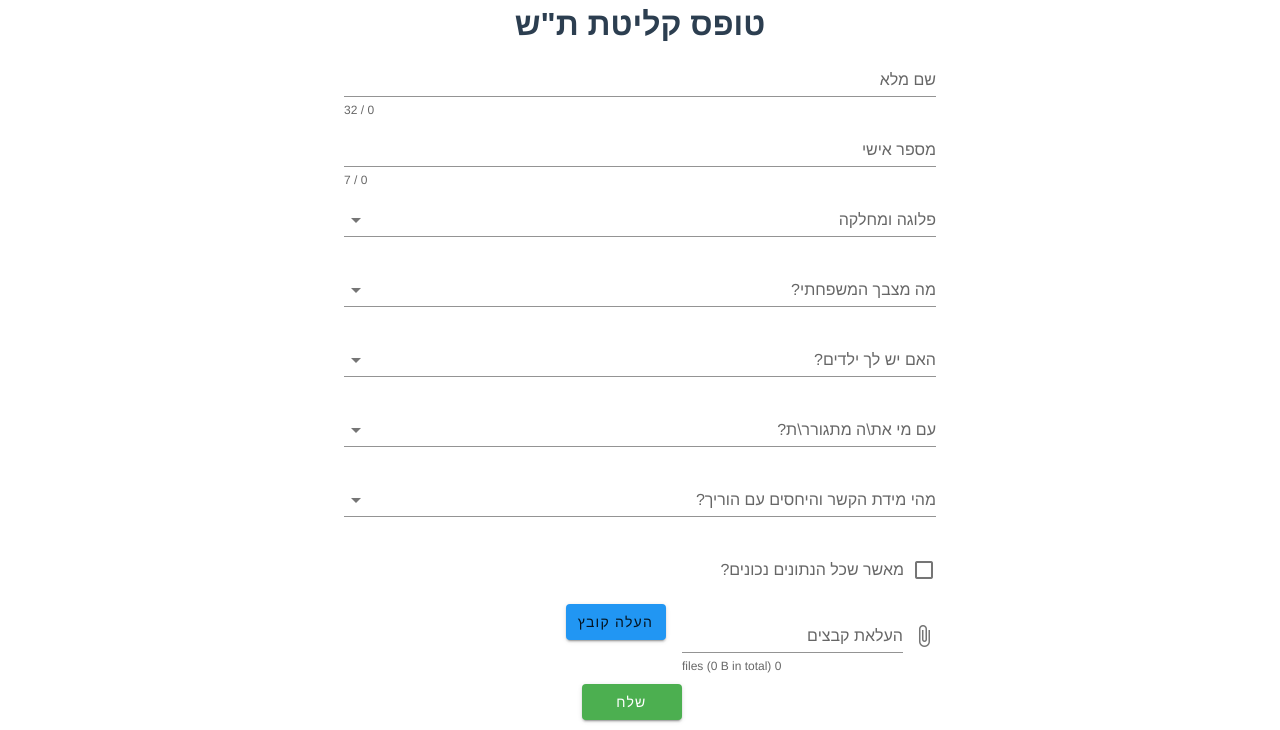
Repository: Natanhel/klitat-tash
Page: /
An editor plug-in stored every save of this project. The page is shown before and after a run of saves, followed by the edit.
The browser window is 1280 px wide. The pictures show the whole page.
The page's requests for data from a server got no answer. The project was rebuilt for these pictures with package versions that can differ from the ones it lists, and the page was loaded fresh each time. No one was signed in, and anything a server would have sent is missing. Also part of the build but not shown: vue.config.js.

Above is the page before, as saved 2020-12-01 18:12:17.

After the next 2 saves:
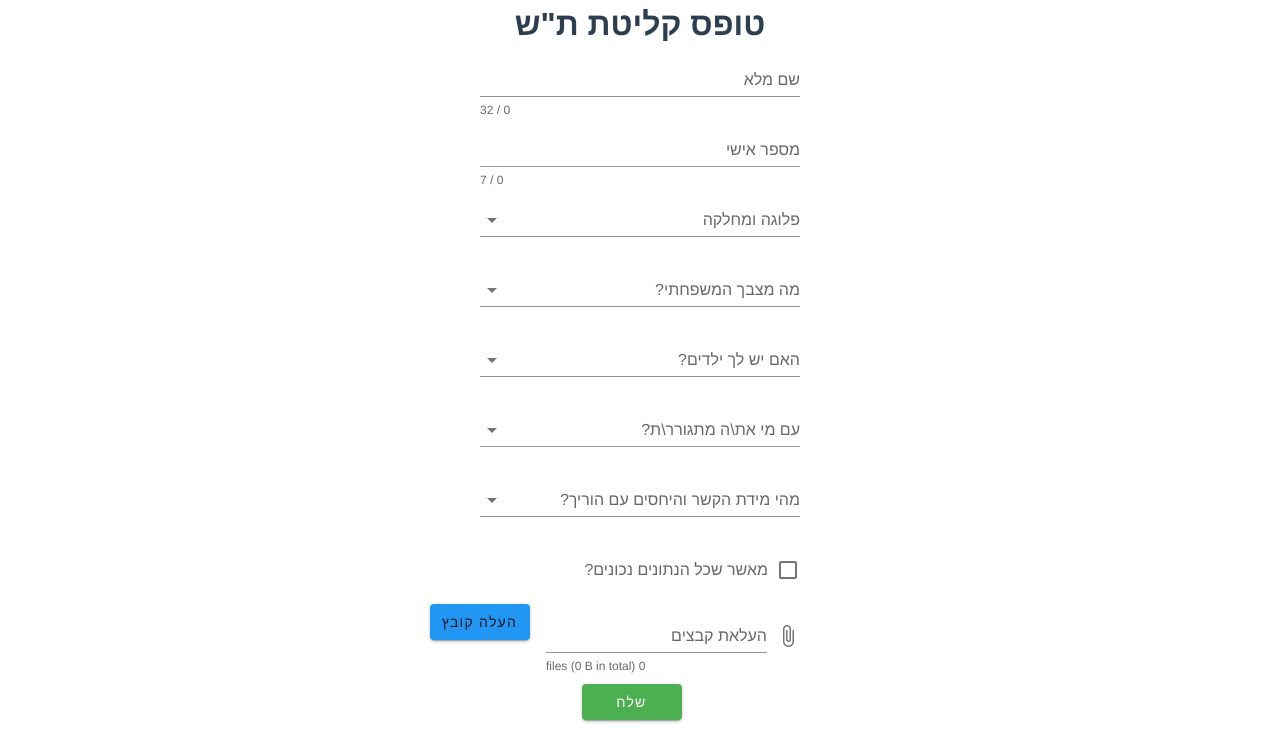
The 2 saves are shown as one change because they came seconds apart.
The last was saved 8 s later.
--- a/src/App.vue
+++ b/src/App.vue
@@ -226,7 +226,7 @@ export default {
 
 form
 {
-  width: 37rem;
+  width: 20rem;
 }
 
 #app
